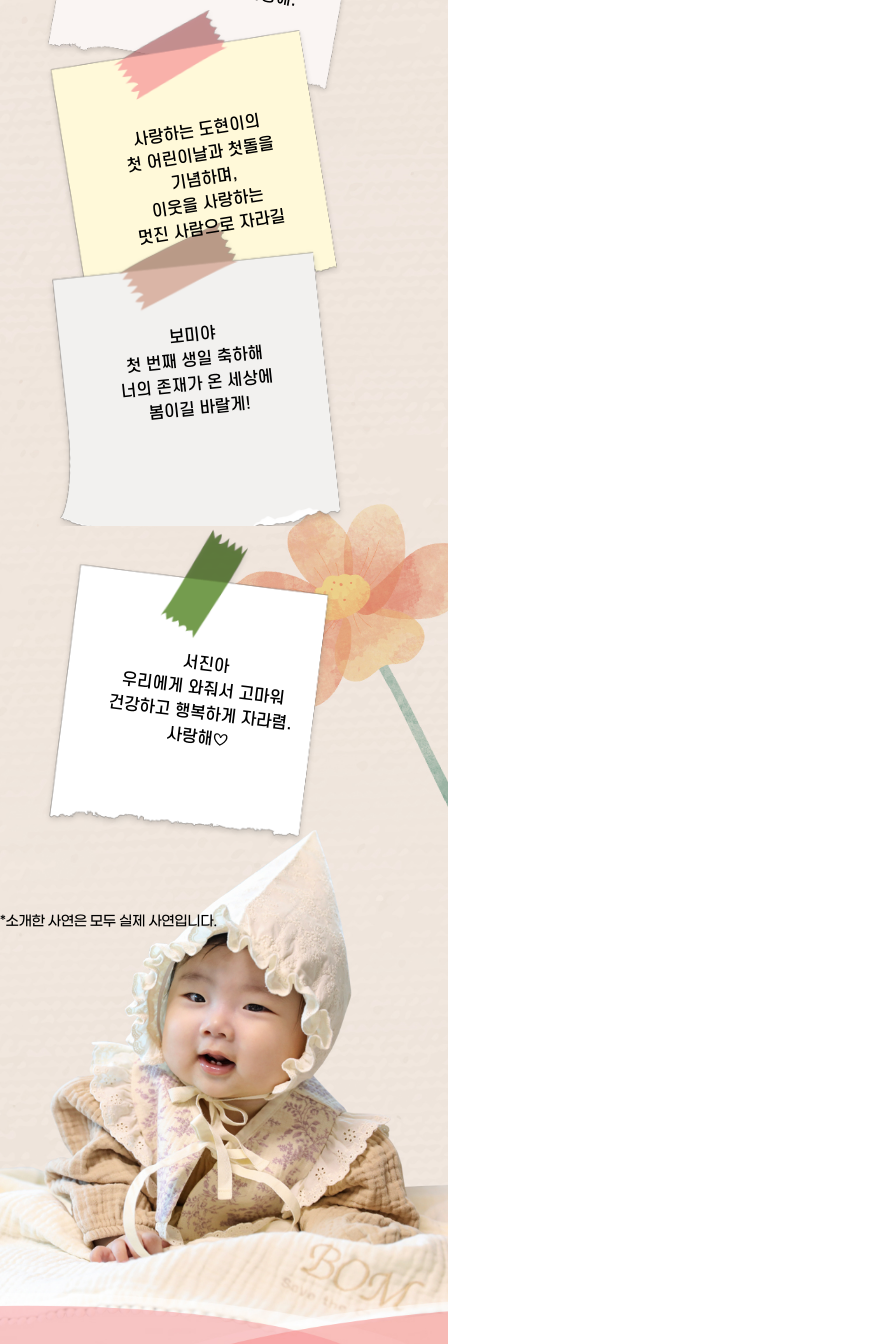
Repository: dlgywls1130/save_children_m
Page: index.html
The author's editor kept a copy of each file at every save. The page is drawn from the files as they stood at one save, then again after the next save.
The browser window is 1280 px wide. The pictures show the part of the page from y = 1778 to 3698 px (the page is 9658 px tall), at 70% of full size.

Above is the page before, as saved 2023-12-13 19:09:38.

### index.html
<!DOCTYPE html>
<html lang="en">
<head>
    <meta charset="UTF-8">
    <meta name="viewport" content="width=device-width, initial-scale=1.0">
    <title>세이브더칠드런</title>

    <link rel="stylesheet" href="./css/reset.css">
    <link rel="stylesheet" href="./css/style.css">

</head>
<body>
    <div class="content_body">
        <section class="section_wrapper section01">
            <div class="se01 se_wrapper">
                <div class="se01_sub">
                    <div class="sub_logo">
                        <img src="./img/logo01.png" alt="logo">
                    </div>
                    <p>우리 아기 좋은 날 기부</p>
                </div>
                <p class="seo01_title">
                    아가야,
                </p>
                <p class="seo01_title_two">
                    너의 <span id="rollingText">탄생</span> 순간을 축하해!
                </p>
                <p class="section_descript mb-45">
                    아이의 건강과 행복을
                    <br>바라는 마음을 담아,
                    <br>탄생, 백일, 첫 걸음마, 첫돌 등
                    <br>내 아이의 소중한 순간을
                    <br>기부로 기념해보세요.
                    <br>함께 자라나는 다른 아이들
                    <br>에게도 큰 축복이 됩니다..
                </p>

                <a class="donation_link" href="javascript:void(0)">우리 아기 좋은 날 기부</a>
            </div>
        </section>
        <section class="section_wrapper section02">
            <div class="se02 se_wrapper">
                <div class="postit_wrapper">
                    <div class="postit postit01">
                        <p>우리 아들 우현이의<br>
                        200일을 축하해.<br>
                        건강하게 자라줘서 고마워 ❤<br>
                        늘 사랑받고 받은 사랑만큼<br>
                        베풀 수 있는 건강하고<br>
                        멋진 아들이 되길 바래!</p>
                    </div>
                    <div class="postit postit02">
                        <p>우리 새로아<Br>
                        백일 동안 무럭무럭 자라줘서<Br>
                        고마워~앞으로도 건강하고<Br>
                        우리 같이 재미있게 많이 놀자.<Br>
                        엄마,아빠가 많이 사랑해.</p>
                    </div>

                    <div class="postit postit05">
                        <p>사랑하는 도현이의<br>
                        첫 어린이날과 첫돌을<br>
                        기념하며, <br>
                        이웃을 사랑하는<br>
                        멋진 사람으로 자라길</p>

                    </div>
                    <div class="postit postit04">
                        <p>보미야<br>
                        첫 번째 생일 축하해<br>
                        너의 존재가 온 세상에<br>
                        봄이길 바랄게!   </p>
                    </div>

                    <div class="postit postit03">
                        <p>서진아<br>
                        우리에게 와줘서 고마워<br>
                        건강하고 행복하게 자라렴.<br>
                        사랑해♡      </p>
                    </div>

                </div>
                <p class="ex_text">*소개한 사연은 모두 실제 사연입니다.</p>

            </div>
        </section>
        <section class="section_wrapper section03">
            <div class="se_wrapper se03">
                <div class="se_title_co">
                    아기의 좋은 날을 기념해 주신 모든 분들께
                    <br>후원감사증서를 보내드립니다.
                </div>
                <div class="se_sub_co">
                    후원감사증서는 아기에게 남기고 싶은 메시지와 아기의 좋은 날이 담긴 사진을 보관할 수 있도록
                    <br>만들어드립니다. 먼 훗날, 아기가 성장해 읽게 될 날을 그리며 편지를 써보세요.
                </div>
            </div>

        </section>
        <section class="section_wrapper section04">
            <div class="se_wrapper se04">
                <div class="se_title_co">
                    이름 자수 순면거즈블랭킷
                </div>
                <div class="se_sub_co">
                    30만원 이상 후원하신 분들께는 순면 거즈 아기 블랭킷(90*110)에
                    <Br>원하시는 이름(영문)을 예쁘게 수놓아 드립니다.
                </div>

                <div class="se04_slide mt-85">
                    <div class="se04_slide_list">
                        <img src="./img/slide01.jpg">
                    </div>
                    <div class="se04_slide_list">
                        <img src="./img/slide02.jpg">
                    </div>
                    <div class="se04_slide_list">
                        <img src="./img/slide03.jpg">
                    </div>
                </div>
            </div>
        </section>
        <section class="section_wrapper section05">
            <div class="se_wrapper se05">
                <div class="se_title_co">
                    후원신청 과정
                </div>

                <div class="se_step_list">
                    <div class="se_step">
                        <p class="step_number">1</p>
                        <div class="step_ico">
                            <img src="./img/icon01.png" alt="img">
                        </div>
                        <p class="step_descript">
                            후원신청하기
                        </p>
                    </div>
                    <div class="se_step">
                        <p class="step_number">2</p>
                        <div class="step_ico">
                            <img src="./img/icon02.png" alt="img">
                        </div>
                        <p class="step_descript">
                            후원감사증서
                            <br>메시지 적기
                        </p>
                    </div>
                    <div class="se_step">
                        <p class="step_number">3</p>
                        <div class="step_ico">
                            <img src="./img/icon03.png" alt="img">
                        </div>
                        <p class="step_descript">
                            신청완료
                        </p>
                    </div>
                    <div class="se_step">
                        <p class="step_number">4</p>
                        <div class="step_ico">
                            <img src="./img/icon04.png" alt="img">
                        </div>
                        <p class="step_descript">
                            후원감사증서 발송
                            <Br>(1주 이내)
                        </p>
                    </div>
                </div>

                <div class="se_sub_co mt-100">
                    30만원 이상 후원해 주신 경우,
                    <br>감사 선물 수령 주소 및 아기 블랭킷에 새겨질 문구 확인을 위한 문자가 발송됩니다.
                </div>

                <a class="donation_link" href="javascript:void(0)">우리 아기 좋은 날 기부</a>
            </div>

        </section>
        <section class="section_wrapper section06">
            <div class="se_wrapper se06">
                <div class="se_title_co">
                    후원금, 이렇게 쓰여요!
                </div>
                <div class="se_sub_co">
                    세이브더칠드런은 <span>국내외 아동을 위한 교육,
                    <Br>보호, 보건영양지원, 아동권리옹호</span> 등의 활동을 해나가고 있습니다.
                </div>
                <div class="se_sub_co">
                    보내주신 후원금은 정치, 종교, 인종에 관계없이 모든 아이를 구해야 한다는
                    <Br>세이브더칠드런의 신념에 따라 <span>가장 도움 필요한 아이를 위해 우선 사용</span>됩니다.
                </div>
            </div>

        </section>
        <section class="section_wrapper section07">
            <div class="se_wrapper se07">
                <div class="se_title_co">
                    FAQ
                </div>
                <div class="accordion">
                    <div class="accordion-item">
                        <h3 class="title">
                            <span>1. 30만원 이상 후원했습니다. 거즈 순면 블랭킷은 언제 오나요?</span>
                            <img src="./img/top.png">
                        </h3>
                        <p class="paragraph">
                            우리아기 축하기부로 30만원 이상 후원자님들께는 담요에 수놓을 아기 이름과
                            <Br>선물 수령 주소 확인을 위한 문자가 발송됩니다.
                            <br>02-6900-4479로 발송되는 문자 속 설문조사에 답해주세요.
                            <br>확인을 완료하신 분들께는 블랭킷 제작을 담당하고 있는 조니 스튜디오에서
                            <br>아기 이름 자수 작업 완료 후 배송해 드립니다.

                        </p>
                    </div>
                    <div class="accordion-item">
                        <h3 class="title">
                            <span>2. 거즈 순면 블랭킷, 안전한 제품인가요?</span>
                            <img src="./img/top.png">
                        </h3>
                        <p class="paragraph">
                            본 블랭킷은 워싱된 3중 거즈로 제작되었으며, KC안전검사를 완료하였습니다.
                            소재 특성상 섬유 조각이 발생할 수 있어 망에 넣지 않고 3번 정도 물빨래 하시는 것을 권장합니다.

                        </p>
                    </div>
                    <div class="accordion-item">
                        <h3 class="title">
                            <span>3. 거즈 순면 블랭킷을 받았는 데 하자가 있어요. 어떻게 해야 하나요? </span>
                            <img src="./img/top.png">
                        </h3>
                        <p class="paragraph">
                            070-4220-4123 (조니스튜디오 CS)로 전화 연락 부탁드립니다. 하자 물품에 대한 교환은 수령일로부터 7일 이내에 조니스튜디오에 연락해주셔야 하며, 이로 인한 후원금 환불은 어렵습니다.
                        </p>
                    </div>
                    <div class="accordion-item">
                        <h3 class="title">
                            <span>4. 후원감사증서에 넣을 수 있는 사진 사이즈는 얼마인가요?</span>
                            <img src="./img/top.png">
                        </h3>
                        <p class="paragraph">
                            사진 인화 사이즈 5*7 인치에 맞추어서 제작되었습니다.  그보다 작은 사진일 경우, 후원감사증서
                            내부의 주머니에 넣어 보관하실 수도  있습니다.

                        </p>
                    </div>
                </div>
            </div>

        </section>
        <section class="section_wrapper section08">
            <div class="se_wrapper se08">
                <div class="se08_postion">
                    <p class="se08_title">우리 아기 좋은 날 기부</p>
                    <p class="se08_descript">
                        탄생, 백일, 첫 걸음마, 첫돌...
                        <br>소중한 우리 아기의 성장을 기념해 보세요!
                        <br>아기의 좋은 날이 모여 세상의 행복이 됩니다.
                    </p>
                    <a href="javascript:void(0)" class="more_btn">
                        <p>자세히보기</p>
                        <svg xmlns="http://www.w3.org/2000/svg" width="16" height="16" fill="currentColor" class="bi bi-chevron-right" viewBox="0 0 16 16">
                            <path fill-rule="evenodd" d="M4.646 1.646a.5.5 0 0 1 .708 0l6 6a.5.5 0 0 1 0 .708l-6 6a.5.5 0 0 1-.708-.708L10.293 8 4.646 2.354a.5.5 0 0 1 0-.708z"/>
                        </svg>
                    </a>
                </div>

            </div>
        </section>
    </div>

    <script src="https://ajax.googleapis.com/ajax/libs/jquery/1.12.4/jquery.min.js"></script>
    <script src="./js/main.js"></script>
</body>
</html>

### css/style.css

/* root */
:root{
    --main-color:#B17A60;
    --pink-color:#F79497;
}


/* font */

/* dongle */
@font-face {
    font-family: 'Dongle';
    font-weight: 300;
    src: url('../font/Dongle-Light.ttf') format('ttf'),
    url('../font/Dongle-Light.woff') format('woff');
}

@font-face {
    font-family: 'Dongle';
    font-weight: 500;
    src: url('../font/Dongle-Regular.ttf') format('ttf'),
    url('../font/Dongle-Regular.woff') format('woff');
}

@font-face {
    font-family: 'Dongle';
    font-weight: 700;
    src: url('../font/Dongle-Bold.ttf') format('ttf'),
    url('../font/Dongle-Bold.woff') format('woff');
}


/* Gmarket */
@font-face {
    font-family: 'GmarketSans';
    font-weight: 300;
    src: url('../font/GmarketSansLight.ttf') format('ttf'),
    url('../font/GmarketSansLight.woff') format('woff');
}

@font-face {
    font-family: 'GmarketSans';
    font-weight: 500;
    src: url('../font/GmarketSansMedium.ttf') format('ttf'),
    url('../font/GmarketSansMedium.woff') format('woff');
}

@font-face {
    font-family: 'GmarketSans';
    font-weight: 700;
    src: url('../font/GmarketSansBold.ttf') format('ttf'),
    url('../font/GmarketSansBold.woff') format('woff');
}


/* nanumsqure */

@font-face {
    font-family: 'NanumSquare';
    font-weight: 400;
    src: url('../font/NanumSquareL.ttf') format('ttf'),
    url('../font/NanumSquareL.woff') format('woff');
}

@font-face {
    font-family: 'NanumSquare';
    font-weight: 500;
    src: url('../font/NanumSquareR.ttf') format('ttf'),
    url('../font/NanumSquareR.woff') format('woff');
}

@font-face {
    font-family: 'NanumSquare';
    font-weight: 600;
    src: url('../font/NanumSquareB.ttf') format('ttf'),
    url('../font/NanumSquareB.woff') format('woff');
}

@font-face {
    font-family: 'NanumSquare';
    font-weight: 700;
    src: url('../font/NanumSquareEB.ttf') format('ttf'),
    url('../font/NanumSquareEB.woff') format('woff');
}



/* scdream5 */
@font-face {
    font-family: 'SCDream5';
    src: url('../font/SCDream5.woff') format('woff'),
    url('../font/SCDream5.ttf') format('ttf'),
    url('../font/SCDream5.otf') format('otf');
}


.section_wrapper{
    max-width:1920px;
    width: 100%;

}

.se_wrapper{
    max-width: 640px;
    width: 100%;
    position: relative;
    box-sizing: border-box;
}


/* section01 */


.section01{
    background: url('../img/back01.jpg') no-repeat;
    height: 940px;

}

.se01{
    padding: 145px 10px 92px 60px;
    box-sizing: border-box;
}
.se01_sub{
    display: flex;
    align-items: center;
    margin-bottom: 70px;
}

.sub_logo{
    width: 125px;
    height: 40px;
    margin-right: 10px;
}

.sub_logo img{
    width: 100%;
    height: 100%;
    object-fit: contain;
}

.se01_sub p{
    width: 190px;
    height: 30px;
    background: #B17A60;
    border-radius: 15px;
    display: flex;
    align-items: center;
    justify-content: center;
    letter-spacing: -0.03em;
    font-size: 15px;
    font-weight: 700;
    font-family: 'GmarketSans',sans-serif;
    color: #fff;
}

.seo01_title{
    font-family: 'Dongle',sans-serif;
    font-weight: 500;
    font-size: 120px;
    color: var(--main-color);
    letter-spacing: -0.03em;
}

.seo01_title_two{
    font-family: 'Dongle',sans-serif;
    font-weight: 500;
    font-size: 90px;
    color: var(--main-color);
    letter-spacing: -0.03em;
    margin-top: -7%;
    margin-bottom: 50px;
    display: flex;
    align-items: center;
}

.seo01_title_two span{
    margin: 0 1.5rem;
}
.section_descript{
    font-size: 20x;
    line-height: 30px;
    font-family: 'GmarketSans';
    font-weight: 500;
    letter-spacing: -0.03em;
    color: #000;
}

.donation_link{
    width: 300px;
    height: 50px;
    border-radius: 100px;
    display: flex;
    align-items: center;
    justify-content: center;
    background: var(--pink-color);
    color: #fff;
    font-family: 'GmarketSans';
    font-size: 20px;
    font-weight: 700;
    letter-spacing: -0.03em;
    text-decoration: none;
    margin: 145px auto 0;
}


@keyframes roll {
    from {
        transform: translateY(40%);
        opacity: 0;
    }
    to {
        transform: translateY(0);
        opacity: 1;
    }
  }


  #rollingText.animate-text {
    animation: roll 0.5s ease-in-out;
}

/* section02 */

.section02{
    height: 2800px;
    background: url('../img/back02.jpg') no-repeat;
}

.se02{
    box-sizing: border-box;
    height: 100%;
}
.postit_wrapper{
    width: 100%;
    padding: 76px 60px 96px;
    position: relative;
}

.ex_text{
    font-family: 'GmarketSans';
    font-size: 20px;
    font-weight: 500;
    letter-spacing: -0.03em;
}


.postit p{
    font-family: 'SCDream5';
    font-size: 23px;
    line-height: 35px;
    text-align: center;
    display: flex;
    justify-content: center;
    align-items: center;
    height: 100%;
}

.postit01{
    background:url('../img/post04.png') no-repeat;
    width: 520px;
    height: 520px;
    background-size: contain;
    box-sizing: border-box;
}

.postit01 p{
    transform: rotate(358deg);
    padding-top: 20px;
}

.postit02{
    background: url('../img/post05.png') no-repeat;
    width: 510px;
    height: 510px;
    background-size: contain;
    box-sizing: border-box;
    margin-top: -19%;
}

.postit02 p{
    transform: rotate(10deg);
    padding-top: 20px;
}

.postit03{
    background:url('../img/post02.png') no-repeat;
    width: 459px;
    height: 459px;
    background-size: contain;
    box-sizing: border-box;
}

.postit03 p{
    transform: rotate(7deg);
    padding-top: 20px;
}

.postit04{
    background: url(../img/post03.png) no-repeat;
    width: 440px;
    height: 440px;
    background-size: cover;
    box-sizing: border-box;
    margin-top: -24%;
}

.postit04 p{
    transform: rotate(354deg);
}

.postit05{
    background:url('../img/post01.png') no-repeat;
    width: 460px;
    height: 460px;
    background-size: contain;
    box-sizing: border-box;
    margin-top: -22%;
}

.postit05 p{
    transform: rotate(-9deg);
    padding-top: 20px;
}

/* section03 */

.section03{
    height: 1340px;
    background: url('../img/back04.jpg') no-repeat;
}

.se03{
    padding: 123px 0 96px;
    box-sizing: border-box;
    height: 100%;
}


.se_title_co{
    font-size: 120px;
    line-height: 120px;
    letter-spacing: -0.03em;
    font-family: 'Dongle';
    font-weight: 500;
    color: var(--main-color);
    text-align: center;
}

.se_sub_co{
    font-size: 25px;
    letter-spacing: -0.03em;
    line-height: 50px;
    font-family: 'GmarketSans';
    font-weight: 500;
    text-align: center;
    margin-top: 50px;
}

/* section04 */

.section04{
    height: 1340px;
    background: url('../img/back05.jpg') no-repeat;
}

.se04{
    padding: 120px 0 130px;
    box-sizing: border-box;
    height: 100%;
}

.se04_slide{
    width: 944px;
    margin: 0 auto;
}


.slick-prev,
.slick-next {
    background: transparent;
    border: none;
    cursor: pointer;
    font-size: 0;
}

.slick-prev {

    width: 48px;
    height: 40px;
    position: absolute;
    left: -6%;
    top: 50%;
    transform: translateY(-50%);
    z-index: 1;
    background-size: contain;
}

.slick-next {

    width: 48px;
    height: 40px;
    position: absolute;
    right: -6%;
    top: 50%;
    transform: translateY(-50%);
    background-size: contain;
}

.slick-next  img,
.slick-prev img{
    width: 100%;
    height: 100%;
    object-fit: contain;
}

/* section05 */
.section05{
    height: 1080px;
    background: url('../img/back07.jpg') no-repeat;
}

.se05{
    padding: 150px 0 140px;
    box-sizing: border-box;
    height: 100%;
}

.se_step_list{
    display: flex;
    align-content: center;
    column-gap: 88px;
    margin-top: 90px;
    position: relative;
}

.se_step_list::after{
    position: absolute;
    content: '';
    top: 38%;
    transform: translate(0,-50%);
    border-top: 2px dashed var(--pink-color);
    width: 100%;
}

.se_step_list .se_step{
    position: relative;
}

.step_number{
    font-size: 25px;
    letter-spacing: -0.03em;
    line-height: 35px;
    font-weight: 700;
    font-family: 'GmarketSans';
    position: absolute;
    left: 19%;
    top: 0;
    color: var(--main-color);
    z-index: 2;
}

.se_step_list .se_step .step_ico{
    width: 200px;
    height: 200px;
    border-radius: 50%;
    background-color: #fff;
    display: flex;
    align-items: center;
    justify-content: center;
    position: relative;
    z-index: 1;
}

.se_step_list .se_step .step_ico img {
    width: 138px;
    height: 138px;
    object-fit: contain;
    object-position: 73%;
}

.step_descript{
    font-size: 20px;
    letter-spacing: -0.03em;
    line-height: 23px;
    font-weight: 500;
    font-family: 'GmarketSans';
    text-align: center;
    margin-top: 20px;
    color: var(--main-color);
}

.se_step_list .se_step:first-child .step_ico::before{
    display: none;
}

.se_step_list .se_step:last-child .step_ico::after{
    display: none;
}

.se_step_list .step_ico::before{
    position: absolute;
    content: '';
    top: 50%;
    left: -5px;
    transform: translate(0,-50%);
    width: 10px;
    height: 10px;
    border-radius: 50%;
    background-color: var(--pink-color);
}


.se_step_list .step_ico::after{
    position: absolute;
    content: '';
    top: 50%;
    right: -5px;
    transform: translate(0,-50%);
    width: 10px;
    height: 10px;
    border-radius: 50%;
    background-color: var(--pink-color);
}

/* section06 */
.section06{
    height:700px;
    background: url('../img/back06.jpg') no-repeat;
}

.se06{
    padding: 150px 0;
    height: 100%;
    box-sizing: border-box;
}


.se_sub_co span{
    font-weight: 700;
}
/* section07 */

.section07{
    height:1080px;
    background: url('../img/back02.jpg') no-repeat;
}

.se07{
    padding: 100px 0;
    height: 100%;
    box-sizing: border-box;
}


.accordion{
    margin-top: 80px;
}
.accordion-item {
    padding:15px 0;
    margin: 0;
    overflow: hidden;
}

.accordion-item .title {
    display: flex;
    justify-content: space-between;
    align-items: center;
    font-weight: 700;
    font-size: 30px;
    letter-spacing: -0.03em;
    cursor: pointer;
    width: 100%;
    height: 80px;
    border-radius: 50px;
    background-color: #fff;
    color: var(--main-color);
    padding: 0 30px;
    font-family: 'GmarketSans';
    box-sizing: border-box;
}

.accordion-item .title img {
    font-size: 0.9rem;
    color: #454545;
    transform: rotate(0);
    transition: transform 0.15s ease;
}

.accordion-item .paragraph {
    font-weight: 500;
    font-size: 25px;
    letter-spacing: -0.03em;
    color: #000;
    display: none;
    padding: 50px 70px 35px;
    list-style: inside;
    line-height: 50px;
    font-family: 'GmarketSans';
}

.accordion-item .paragraph .indent{
    text-indent: 1rem;
}


.accordion-item .paragraph span{
    font-weight: bold;
}

.accordion-item.active .title img{
    transform: rotate(180deg);
}

.accordion-item.active .paragraph {
    display: block;
}


/* section08 */

.section08{
    height:378px;
    background: url('../img/banner.jpg') no-repeat;
}
.se08{
    position: relative;
    height: 100%;
}

.se08_postion{
    position: absolute;
    top: 80px;
    left: 50%;
}

.se08_title{
    font-family: 'NanumSquare';
    font-weight: 600;
    font-size: 23px;
    letter-spacing: -0.05em;
    line-height: 50px;
    position: relative;
}

.se08_title::before{
    position: absolute;
    content: '';
    top: -7px;
    width: 32px;
    height: 3px;
    background-color:#543F2C;
    left: 0;
}

.se08_descript{
    font-family: 'NanumSquare';
    font-weight: 500;
    font-size: 19px;
    line-height: 28px;
    letter-spacing: -0.06em;
}

.more_btn{
    margin-top: 38px;
    width: 150px;
    height: 40px;
    background: #543F2C;
    display: flex;
    align-items: center;
    justify-content: center;
    text-decoration: none;
}

.more_btn p{
    font-family: 'NanumSquare';
    font-weight: 500;
    font-size: 18px;
    color: #fff;

}

.more_btn svg{
    fill: #fff;
}

Loaded but not shown: js/main.js (46 lines, source omitted); css/reset.css (45 lines, source omitted)

After the next save:
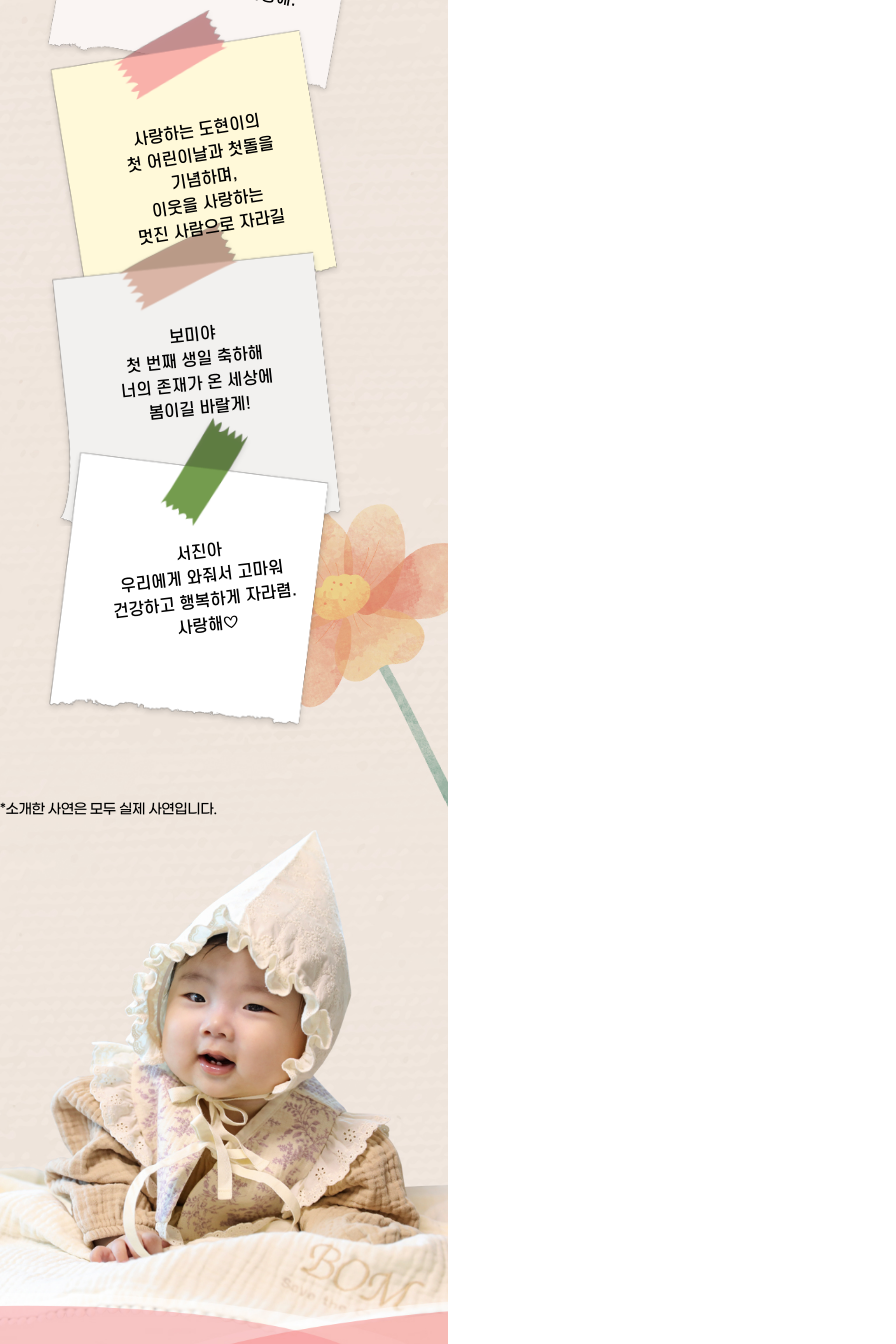
Saved 36 s later.
--- a/css/style.css
+++ b/css/style.css
@@ -290,10 +290,11 @@
     height: 459px;
     background-size: contain;
     box-sizing: border-box;
+    margin-top: -25%;
 }
 
 .postit03 p{
-    transform: rotate(7deg);
+    transform: rotate(-7deg);
     padding-top: 20px;
 }
 
